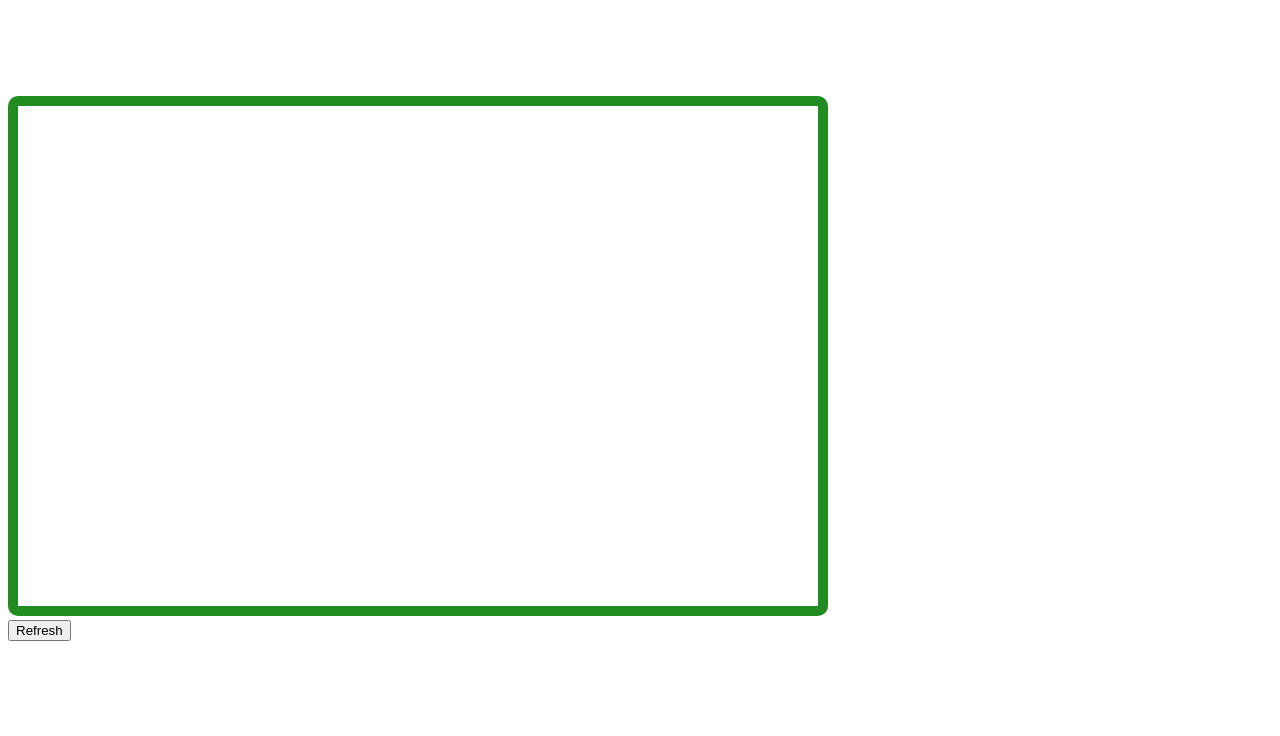
Repository: spidero7/Sketch-Canva
Page: index.html
These files come from the project's save history. The page is drawn as it stood at one moment and after the next save; the edit follows.
The browser window is 1280 px wide. The pictures show the whole page.

Above is the page before, as saved 2021-09-05 07:34:46.

After the next save:
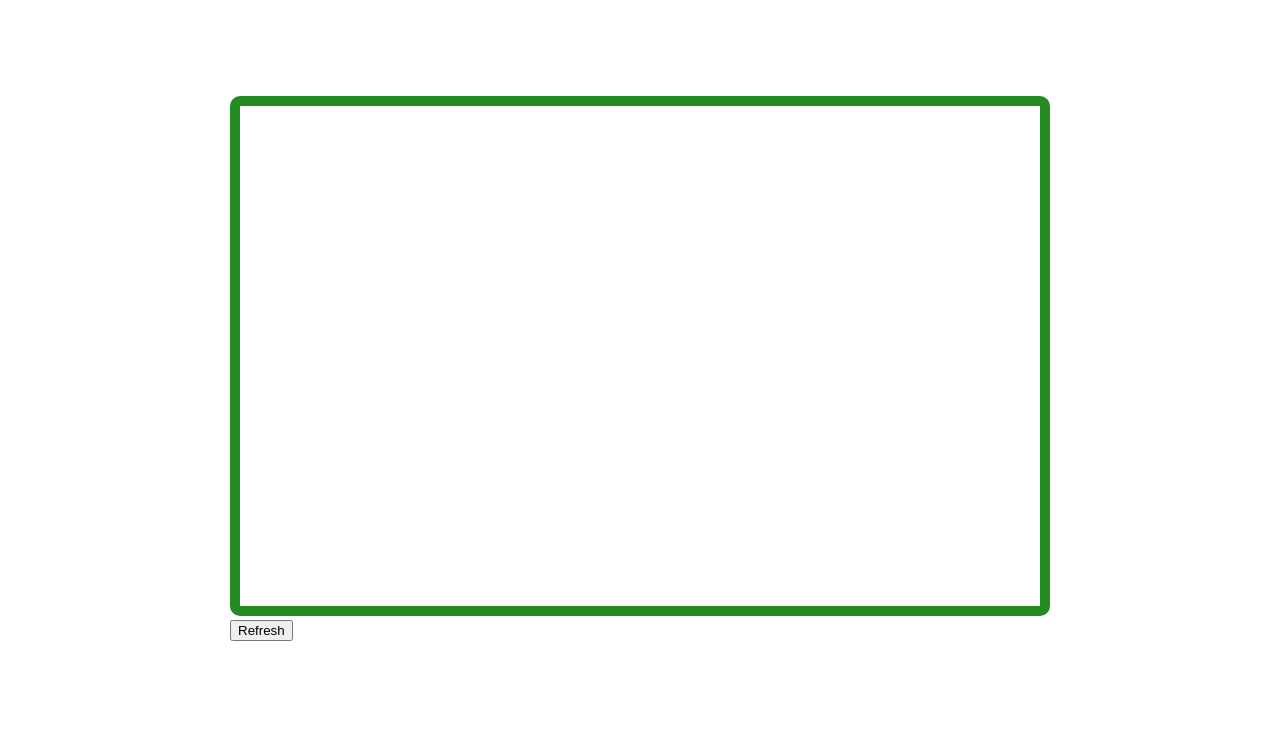
Saved 4 s later.
--- a/style.css
+++ b/style.css
@@ -2,7 +2,7 @@
     min-height: 100vh;
     display: grid;
     align-items: center;
-    jus
+    justify-items: center;
 }
 
 canvas {

After the save that followed:
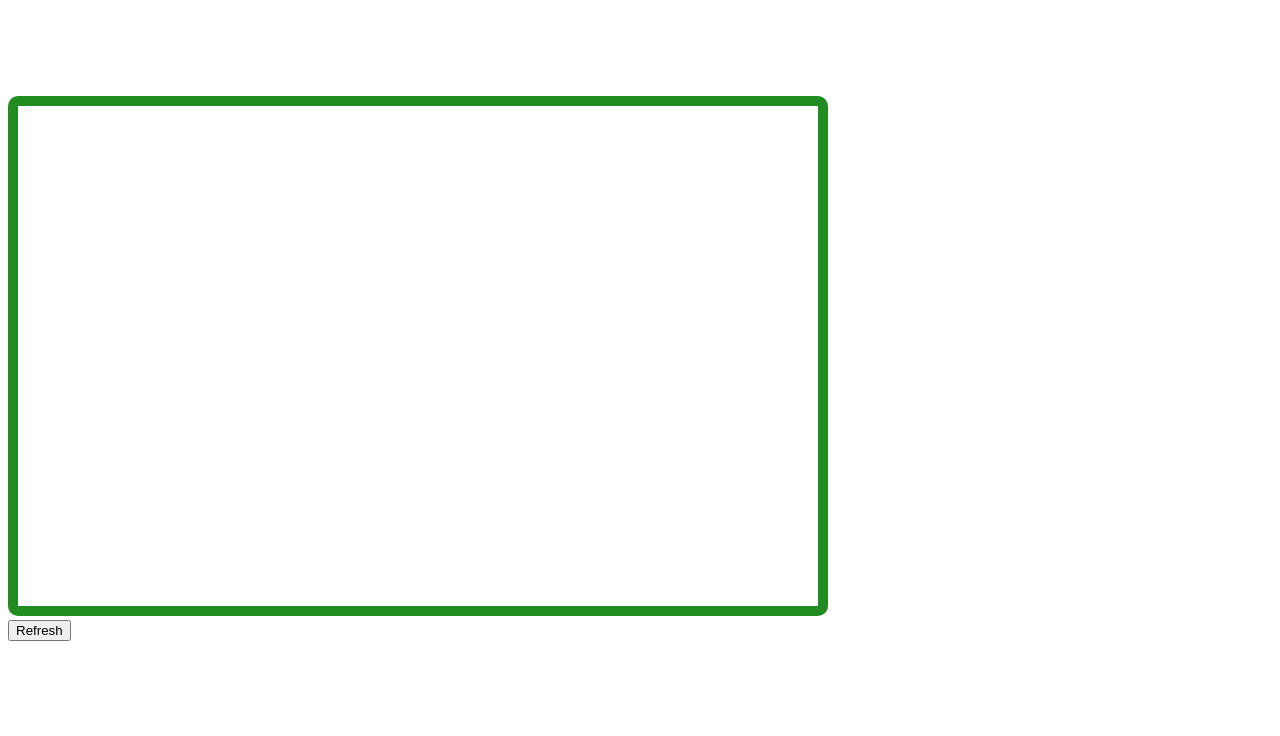
Saved 9 s later.
--- a/style.css
+++ b/style.css
@@ -1,6 +1,6 @@
 body {
     min-height: 100vh;
-    display: grid;
+    display: flex;
     align-items: center;
     justify-items: center;
 }
